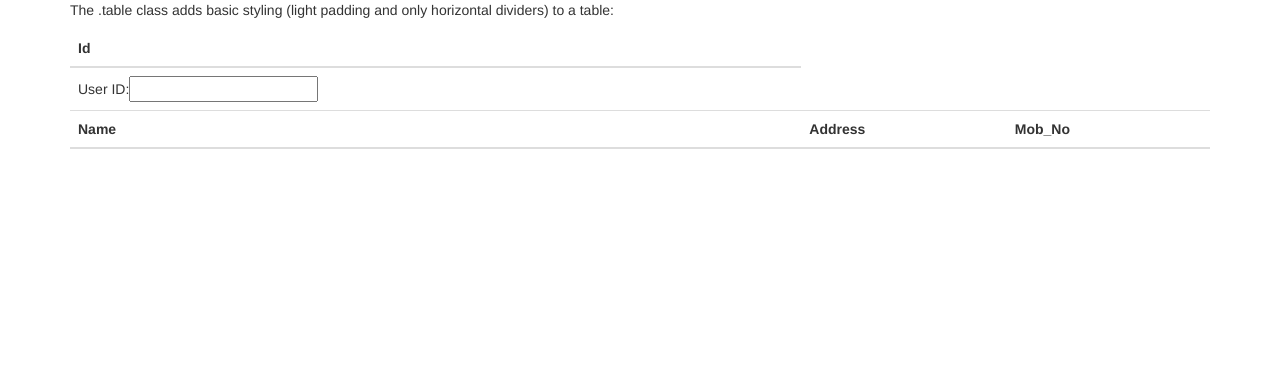
Repository: priyankateli27/priyanka
Page: SirAssignment/src/main/webapp/information.html
An editor plug-in stored every save of this project. The page is shown before and after the next save, followed by the edit.
The browser window is 1280 px wide. The pictures show the whole page.

Above is the page before, as saved 2016-07-15 10:51:10.

### SirAssignment/src/main/webapp/information.html
<!DOCTYPE html>
<html lang="en">
<head>
  <title>Student record</title>
  <meta charset="utf-8">
  <meta name="viewport" content="width=device-width, initial-scale=1">
  <link rel="stylesheet" href="http://maxcdn.bootstrapcdn.com/bootstrap/3.3.6/css/bootstrap.min.css">
  <script src="https://ajax.googleapis.com/ajax/libs/jquery/1.12.4/jquery.min.js"></script>
  <script src="http://maxcdn.bootstrapcdn.com/bootstrap/3.3.6/js/bootstrap.min.js"></script>
</head>
<body>

<div class="container">

  <p>The .table class adds basic styling (light padding and only horizontal dividers) to a table:</p>
  <table class="table">
    <thead>
      <tr>
        <th>Id</th>
        <tr>
        <td>
         User ID:<input type="text" name="userID">
         </td>
         </tr>

        <th>Name</th>

        <th>Address</th>
        <th>Mob_No</th>
      </tr>
    </thead>

  </table>
</div>

</body>
</html>

After the next save:
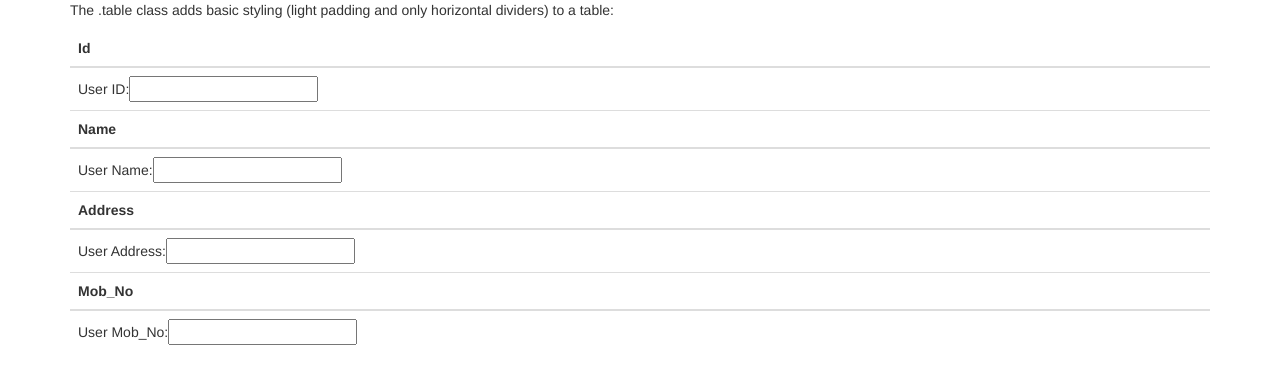
Saved 2 min 59 s later.
--- a/SirAssignment/src/main/webapp/information.html
+++ b/SirAssignment/src/main/webapp/information.html
@@ -24,9 +24,26 @@
          </tr>
 
         <th>Name</th>
+        <tr>
+        <td>
+         User Name:<input type="text" name="userName">
+         </td>
+         </tr>
 
         <th>Address</th>
+        <tr>
+        <td>
+         User Address:<input type="text" name="userAddress">
+         </td>
+         </tr>
+
         <th>Mob_No</th>
+        <tr>
+        <td>
+         User Mob_No:<input type="text" name="userMob_No">
+         </td>
+         </tr>
+
       </tr>
     </thead>
 
